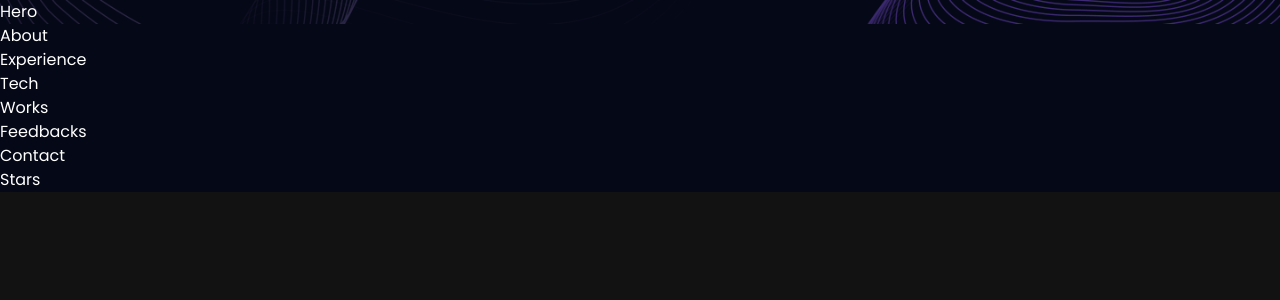
Repository: david-vizena/3d-portfolio
Page: /
The author's editor kept a copy of each file at every save. The page is drawn from the files as they stood at one save, then again after the next save.
The browser window is 1280 px wide. The pictures show the whole page.
The project was rebuilt for these pictures with package versions that can differ from the ones it lists, and the page was loaded fresh each time. Also part of the build but not shown: vite.config.js, src/components/canvas/Earth.jsx, src/components/canvas/Ball.jsx, src/components/canvas/Computers.jsx.

Above is the page before, as saved 2023-03-30 12:42:52.

### index.html
<!DOCTYPE html>
<html lang="en">
	<head>
		<meta charset="UTF-8" />
		<link rel="icon" type="image/svg+xml" href="/logo.svg" />
		<meta name="viewport" content="width=device-width, initial-scale=1.0" />
		<title>David | Portfolio</title>
	</head>
	<body>
		<div id="root"></div>
		<script type="module" src="/src/main.jsx"></script>
	</body>
</html>

### src/App.jsx
import { BrowserRouter } from 'react-router-dom';
import {
	About,
	Contact,
	Experience,
	Feedbacks,
	Hero,
	Navbar,
	Tech,
	Works,
	StarsCanvas,
} from './components';

const App = () => {
	return (
		<BrowserRouter>
			<div className='relative z-0 bg-primary'>
				<div className='bg-hero-pattern bg-cover bg-no-repeat bg-center'>
					<Navbar />
					<Hero />
				</div>
				<About />
				<Experience />
				<Tech />
				<Works />
				<Feedbacks />
				<div className='relative z-0'>
					<Contact />
					<StarsCanvas />
				</div>
			</div>
		</BrowserRouter>
	);
};

export default App;

### src/index.css
@import url('https://fonts.googleapis.com/css2?family=Poppins:wght@100;200;300;400;500;600;700;800;900&display=swap');

@tailwind base;
@tailwind components;
@tailwind utilities;

* {
	margin: 0;
	padding: 0;
	box-sizing: border-box;
	font-family: 'Poppins', sans-serif;
	scroll-behavior: smooth;
	color-scheme: dark;
}

.hash-span {
	margin-top: -100px;
	padding-bottom: 100px;
	display: block;
}

.black-gradient {
	background: #000000; /* fallback for old browsers */
	background: -webkit-linear-gradient(
		to right,
		#434343,
		#000000
	); /* Chrome 10-25, Safari 5.1-6 */
	background: linear-gradient(
		to right,
		#434343,
		#000000
	); /* W3C, IE 10+/ Edge, Firefox 16+, Chrome 26+, Opera 12+, Safari 7+ */
}

.violet-gradient {
	background: #804dee;
	background: linear-gradient(-90deg, #804dee 0%, rgba(60, 51, 80, 0) 100%);
	background: -webkit-linear-gradient(
		-90deg,
		#804dee 0%,
		rgba(60, 51, 80, 0) 100%
	);
}

.green-pink-gradient {
	background: '#00cea8';
	background: linear-gradient(90.13deg, #00cea8 1.9%, #bf61ff 97.5%);
	background: -webkit-linear-gradient(-90.13deg, #00cea8 1.9%, #bf61ff 97.5%);
}

.orange-text-gradient {
	background: #f12711; /* fallback for old browsers */
	background: -webkit-linear-gradient(
		to top,
		#f12711,
		#f5af19
	); /* Chrome 10-25, Safari 5.1-6 */
	background: linear-gradient(
		to top,
		#f12711,
		#f5af19
	); /* W3C, IE 10+/ Edge, Firefox 16+, Chrome 26+, Opera 12+, Safari 7+ */
	-webkit-background-clip: text;
	-webkit-text-fill-color: transparent;
}

.green-text-gradient {
	background: #11998e; /* fallback for old browsers */
	background: -webkit-linear-gradient(
		to top,
		#11998e,
		#38ef7d
	); /* Chrome 10-25, Safari 5.1-6 */
	background: linear-gradient(
		to top,
		#11998e,
		#38ef7d
	); /* W3C, IE 10+/ Edge, Firefox 16+, Chrome 26+, Opera 12+, Safari 7+ */
	-webkit-background-clip: text;
	-webkit-text-fill-color: transparent;
}

.blue-text-gradient {
	/* background: -webkit-linear-gradient(#eee, #333); */
	background: #56ccf2; /* fallback for old browsers */
	background: -webkit-linear-gradient(
		to top,
		#2f80ed,
		#56ccf2
	); /* Chrome 10-25, Safari 5.1-6 */
	background: linear-gradient(
		to top,
		#2f80ed,
		#56ccf2
	); /* W3C, IE 10+/ Edge, Firefox 16+, Chrome 26+, Opera 12+, Safari 7+ */
	-webkit-background-clip: text;
	-webkit-text-fill-color: transparent;
}

.pink-text-gradient {
	background: #ec008c; /* fallback for old browsers */
	background: -webkit-linear-gradient(
		to top,
		#ec008c,
		#fc6767
	); /* Chrome 10-25, Safari 5.1-6 */
	background: linear-gradient(
		to top,
		#ec008c,
		#fc6767
	); /* W3C, IE 10+/ Edge, Firefox 16+, Chrome 26+, Opera 12+, Safari 7+ */
	-webkit-background-clip: text;
	-webkit-text-fill-color: transparent;
}

/* canvas- styles */
.canvas-loader {
	font-size: 10px;
	width: 1em;
	height: 1em;
	border-radius: 50%;
	position: relative;
	text-indent: -9999em;
	animation: mulShdSpin 1.1s infinite ease;
	transform: translateZ(0);
}

@keyframes mulShdSpin {
	0%,
	100% {
		box-shadow: 0em -2.6em 0em 0em #ffffff,
			1.8em -1.8em 0 0em rgba(255, 255, 255, 0.2),
			2.5em 0em 0 0em rgba(255, 255, 255, 0.2),
			1.75em 1.75em 0 0em rgba(255, 255, 255, 0.2),
			0em 2.5em 0 0em rgba(255, 255, 255, 0.2),
			-1.8em 1.8em 0 0em rgba(255, 255, 255, 0.2),
			-2.6em 0em 0 0em rgba(255, 255, 255, 0.5),
			-1.8em -1.8em 0 0em rgba(255, 255, 255, 0.7);
	}
	12.5% {
		box-shadow: 0em -2.6em 0em 0em rgba(255, 255, 255, 0.7),
			1.8em -1.8em 0 0em #ffffff, 2.5em 0em 0 0em rgba(255, 255, 255, 0.2),
			1.75em 1.75em 0 0em rgba(255, 255, 255, 0.2),
			0em 2.5em 0 0em rgba(255, 255, 255, 0.2),
			-1.8em 1.8em 0 0em rgba(255, 255, 255, 0.2),
			-2.6em 0em 0 0em rgba(255, 255, 255, 0.2),
			-1.8em -1.8em 0 0em rgba(255, 255, 255, 0.5);
	}
	25% {
		box-shadow: 0em -2.6em 0em 0em rgba(255, 255, 255, 0.5),
			1.8em -1.8em 0 0em rgba(255, 255, 255, 0.7), 2.5em 0em 0 0em #ffffff,
			1.75em 1.75em 0 0em rgba(255, 255, 255, 0.2),
			0em 2.5em 0 0em rgba(255, 255, 255, 0.2),
			-1.8em 1.8em 0 0em rgba(255, 255, 255, 0.2),
			-2.6em 0em 0 0em rgba(255, 255, 255, 0.2),
			-1.8em -1.8em 0 0em rgba(255, 255, 255, 0.2);
	}
	37.5% {
		box-shadow: 0em -2.6em 0em 0em rgba(255, 255, 255, 0.2),
			1.8em -1.8em 0 0em rgba(255, 255, 255, 0.5),
			2.5em 0em 0 0em rgba(255, 255, 255, 0.7), 1.75em 1.75em 0 0em #ffffff,
			0em 2.5em 0 0em rgba(255, 255, 255, 0.2),
			-1.8em 1.8em 0 0em rgba(255, 255, 255, 0.2),
			-2.6em 0em 0 0em rgba(255, 255, 255, 0.2),
			-1.8em -1.8em 0 0em rgba(255, 255, 255, 0.2);
	}
	50% {
		box-shadow: 0em -2.6em 0em 0em rgba(255, 255, 255, 0.2),
			1.8em -1.8em 0 0em rgba(255, 255, 255, 0.2),
			2.5em 0em 0 0em rgba(255, 255, 255, 0.5),
			1.75em 1.75em 0 0em rgba(255, 255, 255, 0.7), 0em 2.5em 0 0em #ffffff,
			-1.8em 1.8em 0 0em rgba(255, 255, 255, 0.2),
			-2.6em 0em 0 0em rgba(255, 255, 255, 0.2),
			-1.8em -1.8em 0 0em rgba(255, 255, 255, 0.2);
	}
	62.5% {
		box-shadow: 0em -2.6em 0em 0em rgba(255, 255, 255, 0.2),
			1.8em -1.8em 0 0em rgba(255, 255, 255, 0.2),
			2.5em 0em 0 0em rgba(255, 255, 255, 0.2),
			1.75em 1.75em 0 0em rgba(255, 255, 255, 0.5),
			0em 2.5em 0 0em rgba(255, 255, 255, 0.7), -1.8em 1.8em 0 0em #ffffff,
			-2.6em 0em 0 0em rgba(255, 255, 255, 0.2),
			-1.8em -1.8em 0 0em rgba(255, 255, 255, 0.2);
	}
	75% {
		box-shadow: 0em -2.6em 0em 0em rgba(255, 255, 255, 0.2),
			1.8em -1.8em 0 0em rgba(255, 255, 255, 0.2),
			2.5em 0em 0 0em rgba(255, 255, 255, 0.2),
			1.75em 1.75em 0 0em rgba(255, 255, 255, 0.2),
			0em 2.5em 0 0em rgba(255, 255, 255, 0.5),
			-1.8em 1.8em 0 0em rgba(255, 255, 255, 0.7), -2.6em 0em 0 0em #ffffff,
			-1.8em -1.8em 0 0em rgba(255, 255, 255, 0.2);
	}
	87.5% {
		box-shadow: 0em -2.6em 0em 0em rgba(255, 255, 255, 0.2),
			1.8em -1.8em 0 0em rgba(255, 255, 255, 0.2),
			2.5em 0em 0 0em rgba(255, 255, 255, 0.2),
			1.75em 1.75em 0 0em rgba(255, 255, 255, 0.2),
			0em 2.5em 0 0em rgba(255, 255, 255, 0.2),
			-1.8em 1.8em 0 0em rgba(255, 255, 255, 0.5),
			-2.6em 0em 0 0em rgba(255, 255, 255, 0.7), -1.8em -1.8em 0 0em #ffffff;
	}
}

### tailwind.config.js
/** @type {import('tailwindcss').Config} */
module.exports = {
	content: ['./src/**/*.{js,jsx}'],
	mode: 'jit',
	theme: {
		extend: {
			colors: {
				primary: '#050816',
				secondary: '#aaa6c3',
				tertiary: '#151030',
				'black-100': '#100d25',
				'black-200': '#090325',
				'white-100': '#f3f3f3',
			},
			boxShadow: {
				card: '0px 35px 120px -15px #211e35',
			},
			screens: {
				xs: '450px',
			},
			backgroundImage: {
				'hero-pattern': "url('/src/assets/herobg.png')",
			},
		},
	},
	plugins: [],
};

### src/components/Navbar.jsx
import React, { useEffect, useState } from 'react';
import { Link } from 'react-router-dom';

import { styles } from '../styles';
import { navLinks } from '../constants';
import { logo, menu, close } from '../assets';

const Navbar = () => {
	const [active, setActive] = useState('');

	return;
	<nav
		className={`${styles.paddingX} w-full flex items-center py-5 fixed top-0 z-20 bg-primary`}>
		<div className='w-full flex justify-between items-center max-w-7xl mx-auto'>
			<Link
				to='/'
				className='flex items-center gap-2'
				onClick={() => {
					setActive('');
					window.scrollTo(0, 0);
				}}>
				<img src={logo} alt='logo' className='w-9 h-9 object-contain' />
				<p className='text-white text-[18px] font-bold cursor-pointer'>
					David Vizena
				</p>
			</Link>
		</div>
	</nav>;
};

export default Navbar;

### src/styles.js
const styles = {
	paddingX: 'sm:px-16 px-6',
	paddingY: 'sm:py-16 py-6',
	padding: 'sm:px-16 px-6 sm:py-16 py-10',

	heroHeadText:
		'font-black text-white lg:text-[80px] sm:text-[60px] xs:text-[50px] text-[40px] lg:leading-[98px] mt-2',
	heroSubText:
		'text-[#dfd9ff] font-medium lg:text-[30px] sm:text-[26px] xs:text-[20px] text-[16px] lg:leading-[40px]',

	sectionHeadText:
		'text-white font-black md:text-[60px] sm:text-[50px] xs:text-[40px] text-[30px]',
	sectionSubText:
		'sm:text-[18px] text-[14px] text-secondary uppercase tracking-wider',
};

export { styles };

### src/constants/index.js
import {
	mobile,
	backend,
	creator,
	web,
	javascript,
	typescript,
	html,
	css,
	reactjs,
	redux,
	tailwind,
	nodejs,
	mongodb,
	git,
	figma,
	docker,
	meta,
	starbucks,
	tesla,
	shopify,
	carrent,
	jobit,
	tripguide,
	threejs,
} from '../assets';

export const navLinks = [
	{
		id: 'about',
		title: 'About',
	},
	{
		id: 'work',
		title: 'Work',
	},
	{
		id: 'contact',
		title: 'Contact',
	},
];

const services = [
	{
		title: 'Web Developer',
		icon: web,
	},
	{
		title: 'React Native Developer',
		icon: mobile,
	},
	{
		title: 'Backend Developer',
		icon: backend,
	},
	{
		title: 'Content Creator',
		icon: creator,
	},
];

const technologies = [
	{
		name: 'HTML 5',
		icon: html,
	},
	{
		name: 'CSS 3',
		icon: css,
	},
	{
		name: 'JavaScript',
		icon: javascript,
	},
	{
		name: 'TypeScript',
		icon: typescript,
	},
	{
		name: 'React JS',
		icon: reactjs,
	},
	{
		name: 'Redux Toolkit',
		icon: redux,
	},
	{
		name: 'Tailwind CSS',
		icon: tailwind,
	},
	{
		name: 'Node JS',
		icon: nodejs,
	},
	{
		name: 'MongoDB',
		icon: mongodb,
	},
	{
		name: 'Three JS',
		icon: threejs,
	},
	{
		name: 'git',
		icon: git,
	},
	{
		name: 'figma',
		icon: figma,
	},
	{
		name: 'docker',
		icon: docker,
	},
];

const experiences = [
	{
		title: 'React.js Developer',
		company_name: 'Starbucks',
		icon: starbucks,
		iconBg: '#383E56',
		date: 'March 2020 - April 2021',
		points: [
			'Developing and maintaining web applications using React.js and other related technologies.',
			'Collaborating with cross-functional teams including designers, product managers, and other developers to create high-quality products.',
			'Implementing responsive design and ensuring cross-browser compatibility.',
			'Participating in code reviews and providing constructive feedback to other developers.',
		],
	},
	{
		title: 'React Native Developer',
		company_name: 'Tesla',
		icon: tesla,
		iconBg: '#E6DEDD',
		date: 'Jan 2021 - Feb 2022',
		points: [
			'Developing and maintaining web applications using React.js and other related technologies.',
			'Collaborating with cross-functional teams including designers, product managers, and other developers to create high-quality products.',
			'Implementing responsive design and ensuring cross-browser compatibility.',
			'Participating in code reviews and providing constructive feedback to other developers.',
		],
	},
	{
		title: 'Web Developer',
		company_name: 'Shopify',
		icon: shopify,
		iconBg: '#383E56',
		date: 'Jan 2022 - Jan 2023',
		points: [
			'Developing and maintaining web applications using React.js and other related technologies.',
			'Collaborating with cross-functional teams including designers, product managers, and other developers to create high-quality products.',
			'Implementing responsive design and ensuring cross-browser compatibility.',
			'Participating in code reviews and providing constructive feedback to other developers.',
		],
	},
	{
		title: 'Full stack Developer',
		company_name: 'Meta',
		icon: meta,
		iconBg: '#E6DEDD',
		date: 'Jan 2023 - Present',
		points: [
			'Developing and maintaining web applications using React.js and other related technologies.',
			'Collaborating with cross-functional teams including designers, product managers, and other developers to create high-quality products.',
			'Implementing responsive design and ensuring cross-browser compatibility.',
			'Participating in code reviews and providing constructive feedback to other developers.',
		],
	},
];

const testimonials = [
	{
		testimonial:
			'I thought it was impossible to make a website as beautiful as our product, but Rick proved me wrong.',
		name: 'Sara Lee',
		designation: 'CFO',
		company: 'Acme Co',
		image: 'https://randomuser.me/api/portraits/women/4.jpg',
	},
	{
		testimonial:
			"I've never met a web developer who truly cares about their clients' success like Rick does.",
		name: 'Chris Brown',
		designation: 'COO',
		company: 'DEF Corp',
		image: 'https://randomuser.me/api/portraits/men/5.jpg',
	},
	{
		testimonial:
			"After Rick optimized our website, our traffic increased by 50%. We can't thank them enough!",
		name: 'Lisa Wang',
		designation: 'CTO',
		company: '456 Enterprises',
		image: 'https://randomuser.me/api/portraits/women/6.jpg',
	},
];

const projects = [
	{
		name: 'Car Rent',
		description:
			'Web-based platform that allows users to search, book, and manage car rentals from various providers, providing a convenient and efficient solution for transportation needs.',
		tags: [
			{
				name: 'react',
				color: 'blue-text-gradient',
			},
			{
				name: 'mongodb',
				color: 'green-text-gradient',
			},
			{
				name: 'tailwind',
				color: 'pink-text-gradient',
			},
		],
		image: carrent,
		source_code_link: 'https://github.com/',
	},
	{
		name: 'Job IT',
		description:
			'Web application that enables users to search for job openings, view estimated salary ranges for positions, and locate available jobs based on their current location.',
		tags: [
			{
				name: 'react',
				color: 'blue-text-gradient',
			},
			{
				name: 'restapi',
				color: 'green-text-gradient',
			},
			{
				name: 'scss',
				color: 'pink-text-gradient',
			},
		],
		image: jobit,
		source_code_link: 'https://github.com/',
	},
	{
		name: 'Trip Guide',
		description:
			'A comprehensive travel booking platform that allows users to book flights, hotels, and rental cars, and offers curated recommendations for popular destinations.',
		tags: [
			{
				name: 'nextjs',
				color: 'blue-text-gradient',
			},
			{
				name: 'supabase',
				color: 'green-text-gradient',
			},
			{
				name: 'css',
				color: 'pink-text-gradient',
			},
		],
		image: tripguide,
		source_code_link: 'https://github.com/',
	},
];

export { services, technologies, experiences, testimonials, projects };

### src/assets/index.js
import logo from "./logo.svg";
import backend from "./backend.png";
import creator from "./creator.png";
import mobile from "./mobile.png";
import web from "./web.png";
import github from "./github.png";
import menu from "./menu.svg";
import close from "./close.svg";

import css from "./tech/css.png";
import docker from "./tech/docker.png";
import figma from "./tech/figma.png";
import git from "./tech/git.png";
import html from "./tech/html.png";
import javascript from "./tech/javascript.png";
import mongodb from "./tech/mongodb.png";
import nodejs from "./tech/nodejs.png";
import reactjs from "./tech/reactjs.png";
import redux from "./tech/redux.png";
import tailwind from "./tech/tailwind.png";
import typescript from "./tech/typescript.png";
import threejs from "./tech/threejs.svg";

import meta from "./company/meta.png";
import shopify from "./company/shopify.png";
import starbucks from "./company/starbucks.png";
import tesla from "./company/tesla.png";

import carrent from "./carrent.png";
import jobit from "./jobit.png";
import tripguide from "./tripguide.png";

export {
  logo,
  backend,
  creator,
  mobile,
  web,
  github,
  menu,
  close,
  css,
  docker,
  figma,
  git,
  html,
  javascript,
  mongodb,
  nodejs,
  reactjs,
  redux,
  tailwind,
  typescript,
  threejs,
  meta,
  shopify,
  starbucks,
  tesla,
  carrent,
  jobit,
  tripguide,
};

Loaded but not shown: src/main.jsx (common file); src/components/index.js (common file); src/components/canvas/index.js (common file); src/components/Hero.jsx (common file); src/components/About.jsx (common file); src/components/Tech.jsx (common file); src/components/Experience.jsx (common file); src/components/Works.jsx (common file); src/components/Feedbacks.jsx (common file); src/components/Contact.jsx (common file); src/components/canvas/Stars.jsx (common file)

After the next save:
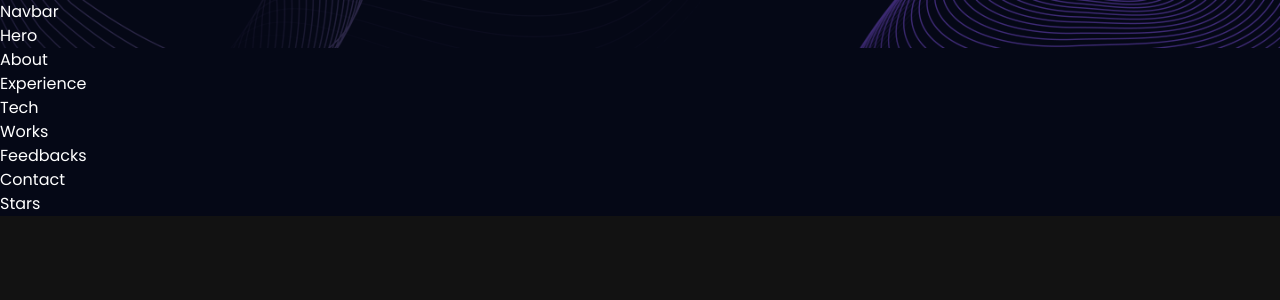
Saved 4 min 5 s later.
--- a/src/components/Navbar.jsx
+++ b/src/components/Navbar.jsx
@@ -6,26 +6,7 @@
 import { logo, menu, close } from '../assets';
 
 const Navbar = () => {
-	const [active, setActive] = useState('');
-
-	return;
-	<nav
-		className={`${styles.paddingX} w-full flex items-center py-5 fixed top-0 z-20 bg-primary`}>
-		<div className='w-full flex justify-between items-center max-w-7xl mx-auto'>
-			<Link
-				to='/'
-				className='flex items-center gap-2'
-				onClick={() => {
-					setActive('');
-					window.scrollTo(0, 0);
-				}}>
-				<img src={logo} alt='logo' className='w-9 h-9 object-contain' />
-				<p className='text-white text-[18px] font-bold cursor-pointer'>
-					David Vizena
-				</p>
-			</Link>
-		</div>
-	</nav>;
+	return <div>Navbar</div>;
 };
 
 export default Navbar;

After the save that followed:
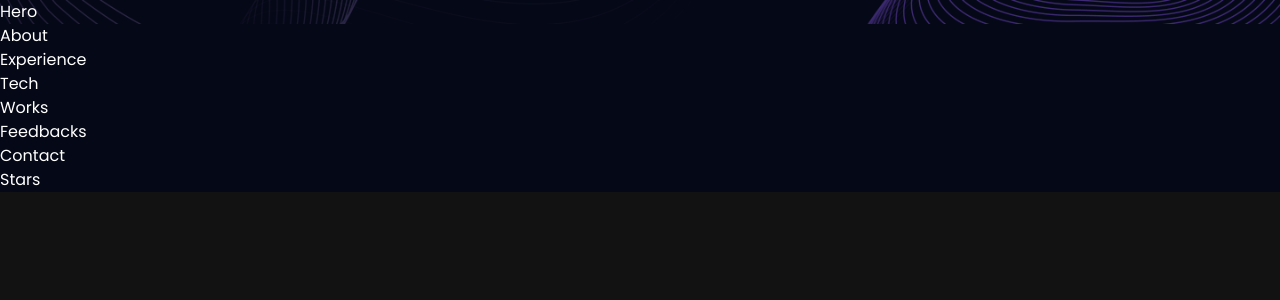
Saved 46 s later.
--- a/src/components/Navbar.jsx
+++ b/src/components/Navbar.jsx
@@ -6,7 +6,8 @@
 import { logo, menu, close } from '../assets';
 
 const Navbar = () => {
-	return <div>Navbar</div>;
+	return;
+	<nav className={``}></nav>;
 };
 
 export default Navbar;
